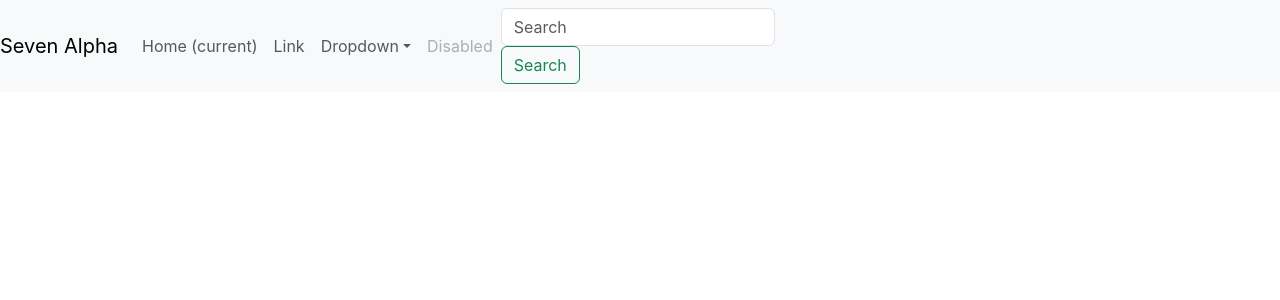
Repository: Shubham-tawar/Text-editor
Page: /
These files come from the project's save history. The page is drawn as it stood at one moment and after a run of saves; the edit follows.
The browser window is 1280 px wide. The pictures show the whole page.
The project was rebuilt for these pictures with package versions that can differ from the ones it lists, and the page was loaded fresh each time. Also part of the build but not shown: src/App.css.

Above is the page before, as saved 2025-07-05 16:15:40.

After the next 8 saves:
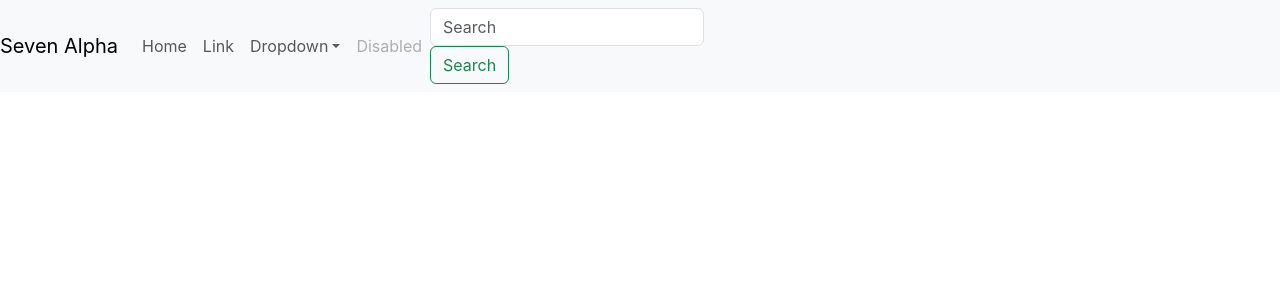
The 8 saves are shown as one change because they came seconds apart.
The last was saved 86 s later.
--- a/src/components/Navbar.js
+++ b/src/components/Navbar.js
@@ -11,7 +11,7 @@
       <div className="collapse navbar-collapse" id="navbarSupportedContent">
         <ul className="navbar-nav mr-auto">
           <li className="nav-item active">
-            <a className="nav-link" href="/">Home <span className="sr-only">(current)</span></a>
+            <a className="nav-link" href="/">Home <span className="sr-only">{props.aboutText}</span></a>
           </li>
           <li className="nav-item">
             <a className="nav-link" href="/">Link</a>
